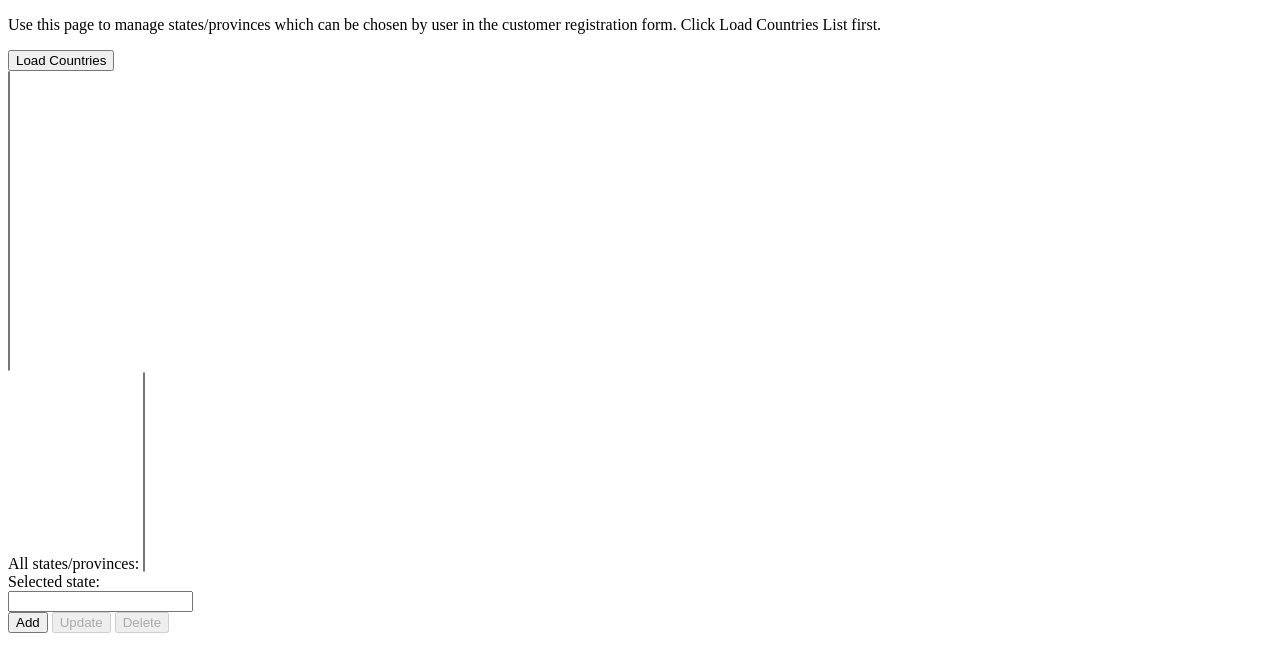
Repository: thanhadp24/mylocal
Page: http://localhost/settings/states
The author's editor kept a copy of each file at every save. The page is drawn from the files as they stood at one save, then again after the next save.
The browser window is 1280 px wide. The pictures show the whole page.
The page is this project's Thymeleaf template; nobody is signed in. The template is opened directly, without the code that normally fills it, so the values that code supplies are empty.

Above is the page before, as saved 2024-12-09 15:57:43.

After the next save:
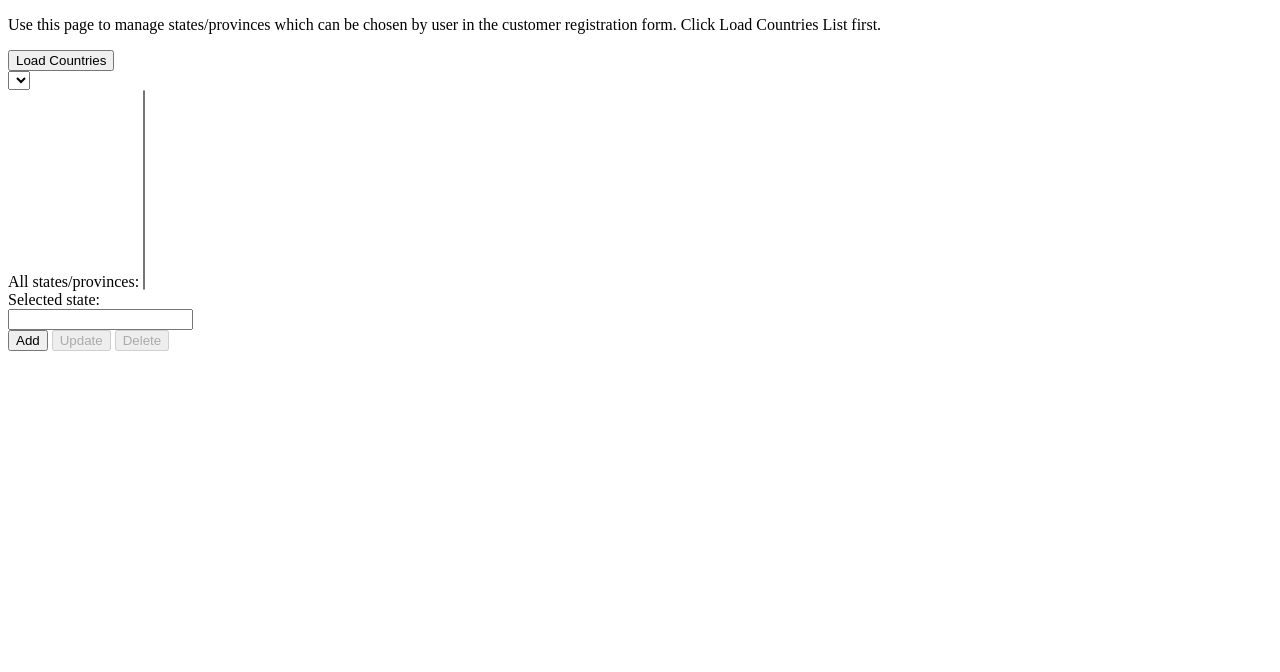
Saved 2 min 1 s later.
--- a/ShopappProject/ShopappWebParent/ShopappBackEnd/src/main/resources/templates/settings/states.html
+++ b/ShopappProject/ShopappWebParent/ShopappBackEnd/src/main/resources/templates/settings/states.html
@@ -11,7 +11,7 @@
 		<input type="button" value="Load Countries" id="btnLoad" class="btn btn-primary">
 	</div>
 	<div>
-		<select class="form-control m-1" id="dropdownCountry" style="height: 300px" size="3">
+		<select class="form-control m-1" id="dropdownCountry">
 		</select>
 	</div>
 	<div class="form-group row">
